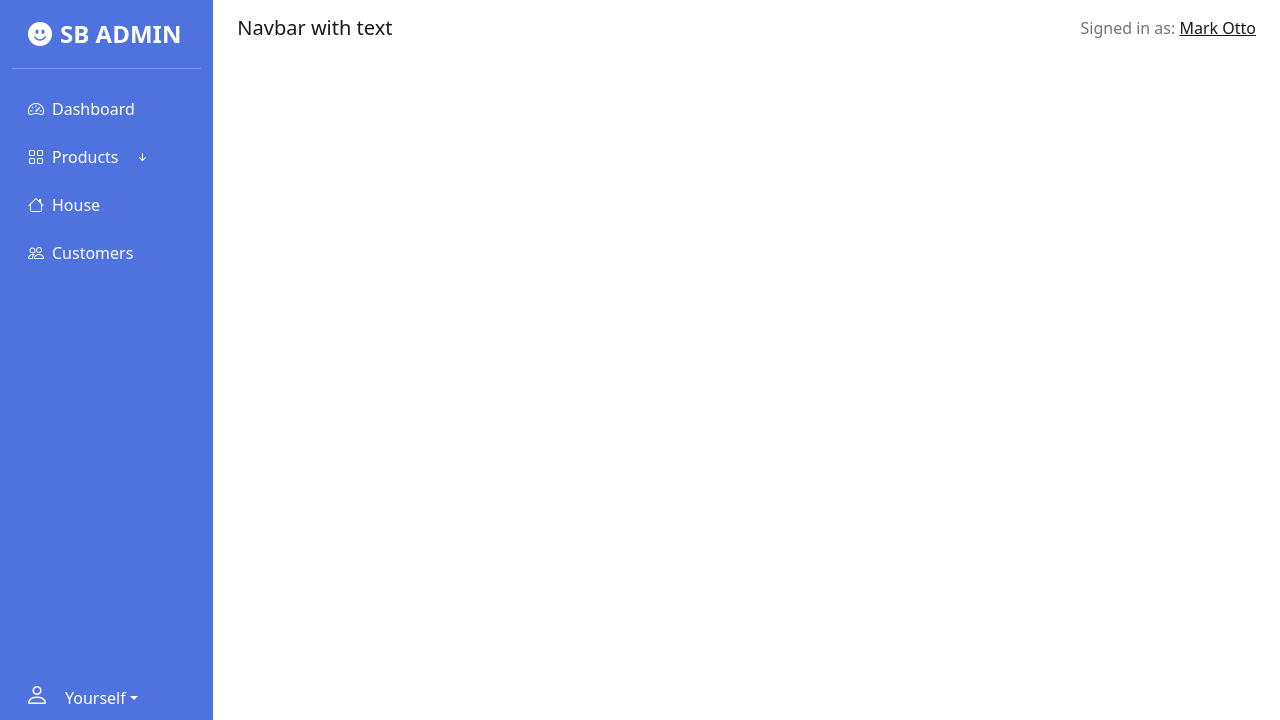
Repository: iqbalaamir/dashboard
Page: /
These files come from the project's save history. The page is drawn as it stood at one moment and after the next save; the edit follows.
The browser window is 1280 px wide. The pictures show the whole page.
The project was rebuilt for these pictures with package versions that can differ from the ones it lists, and the page was loaded fresh each time. Also part of the build but not shown: src/App.css.

Above is the page before, as saved 2023-04-24 17:52:39.

After the next save:
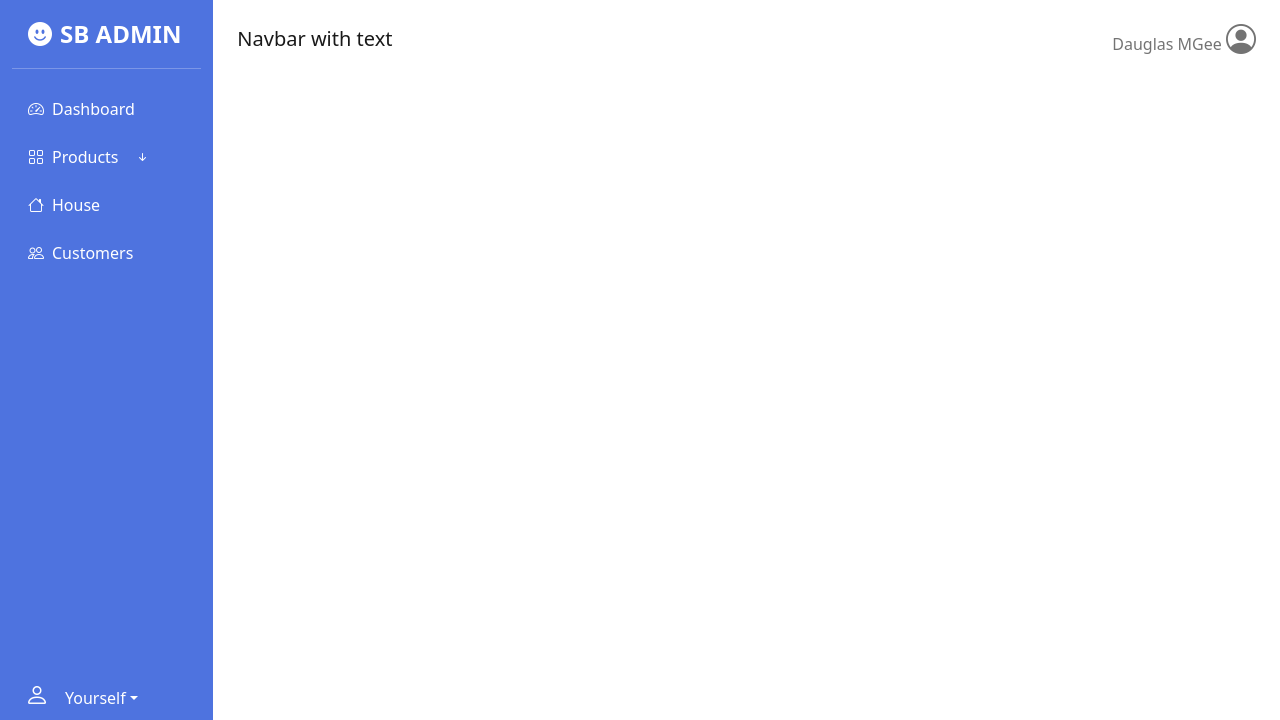
Saved 62 s later.
--- a/src/components/NavbarComponent.js
+++ b/src/components/NavbarComponent.js
@@ -49,7 +49,8 @@ function NavbarComponent() {
         <Navbar.Toggle />
         <Navbar.Collapse className="justify-content-end">
           <Navbar.Text>
-            Signed in as: <a href="#login">Mark Otto</a>
+            {/* Signed in as: <a href="#login">Mark Otto</a> */}
+            <span>Dauglas MGee</span>  <i class="bi bi-person-circle" style={{fontSize:30}}></i>
           </Navbar.Text>
         </Navbar.Collapse>
       </Container>
